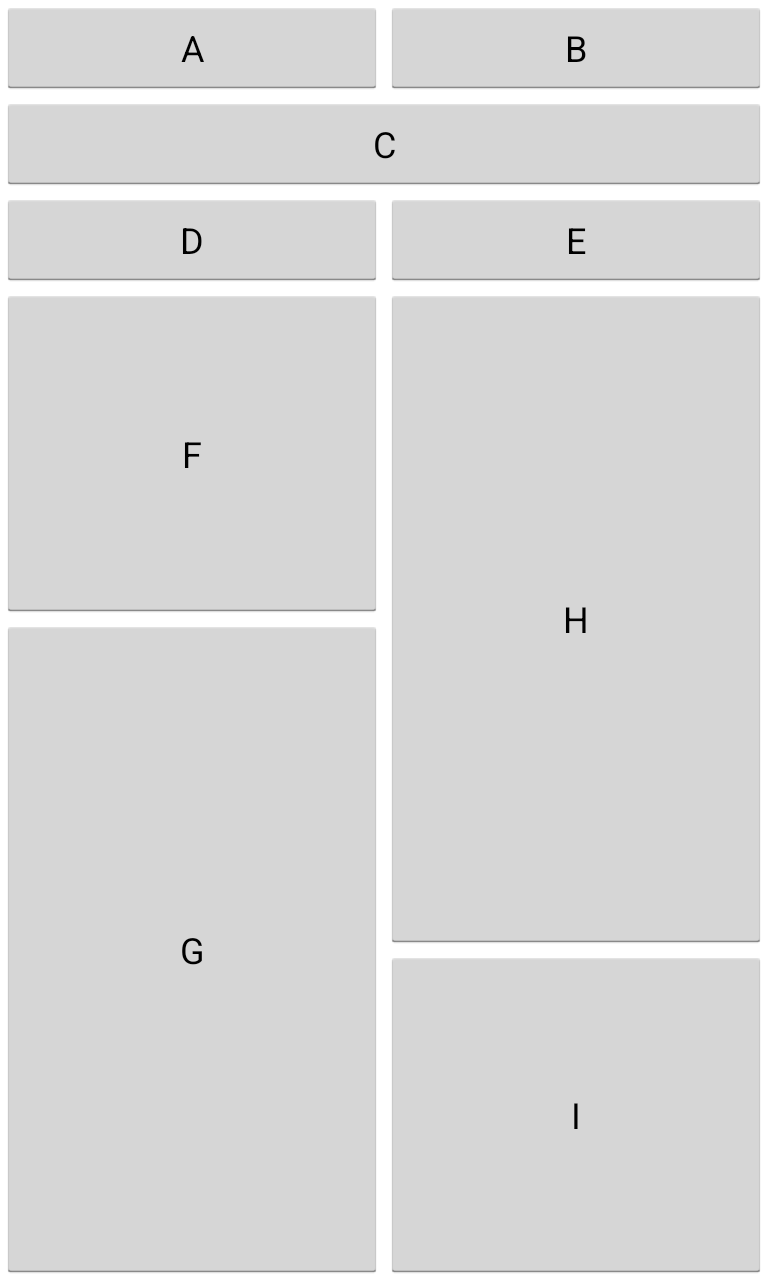
Repository: iracom/ejercicios-android
Layout: Layouts/res/layout/activity_main.xml
An editor plug-in stored every save of this project. The layout is shown before and after the next save, followed by the edit.
It is drawn on a 768 x 1280 px phone screen (xhdpi) without system bars, with theme AppTheme; the app's code is not run.

Above is the layout before, as saved 2014-05-07 06:38:20.

After the next save:
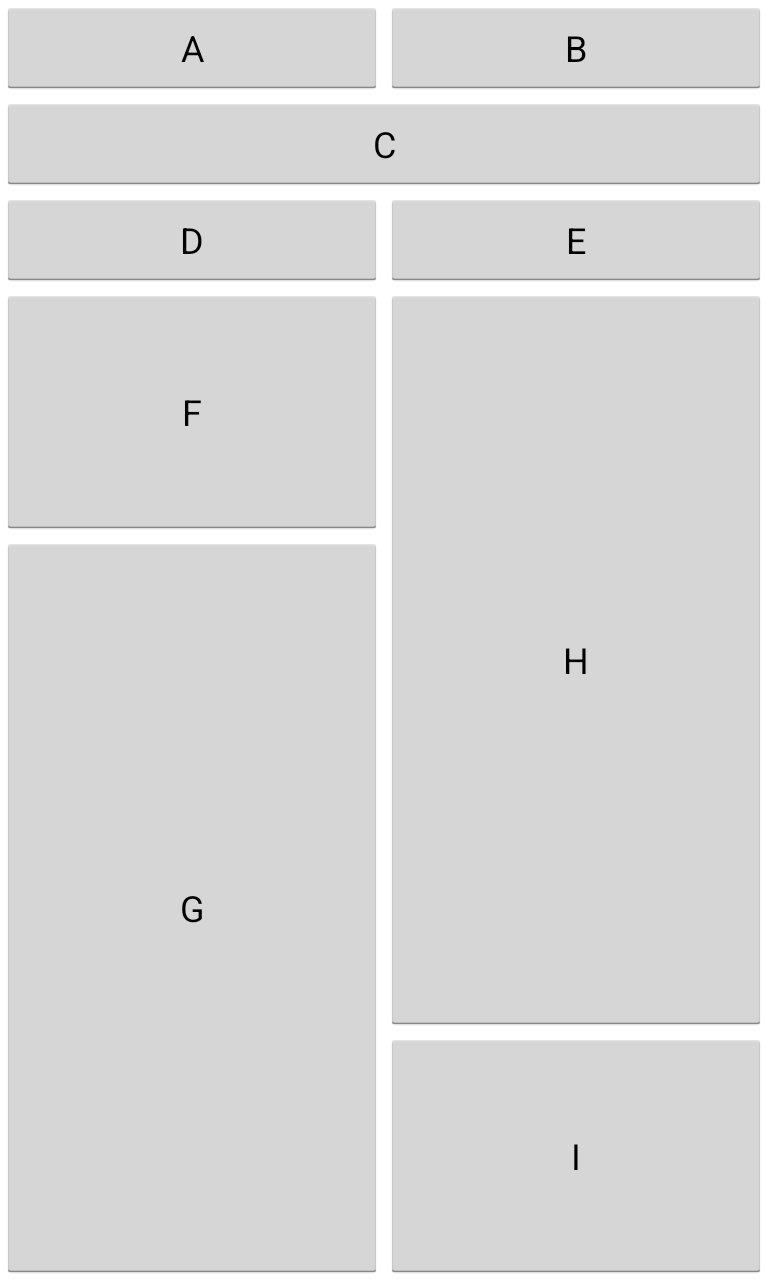
Saved 95 s later.
--- a/Layouts/res/layout/activity_main.xml
+++ b/Layouts/res/layout/activity_main.xml
@@ -67,7 +67,7 @@
                 android:id="@+id/button6"
                 android:layout_width="match_parent"
                 android:layout_height="match_parent"
-                android:layout_weight="2"
+                android:layout_weight="3"
                 android:text="@string/button_f" />
 
             <Button
@@ -96,7 +96,7 @@
                 android:id="@+id/button9"
                 android:layout_width="match_parent"
                 android:layout_height="match_parent"
-                android:layout_weight="2"
+                android:layout_weight="3"
                 android:text="@string/button_i" />
 
         </LinearLayout>
